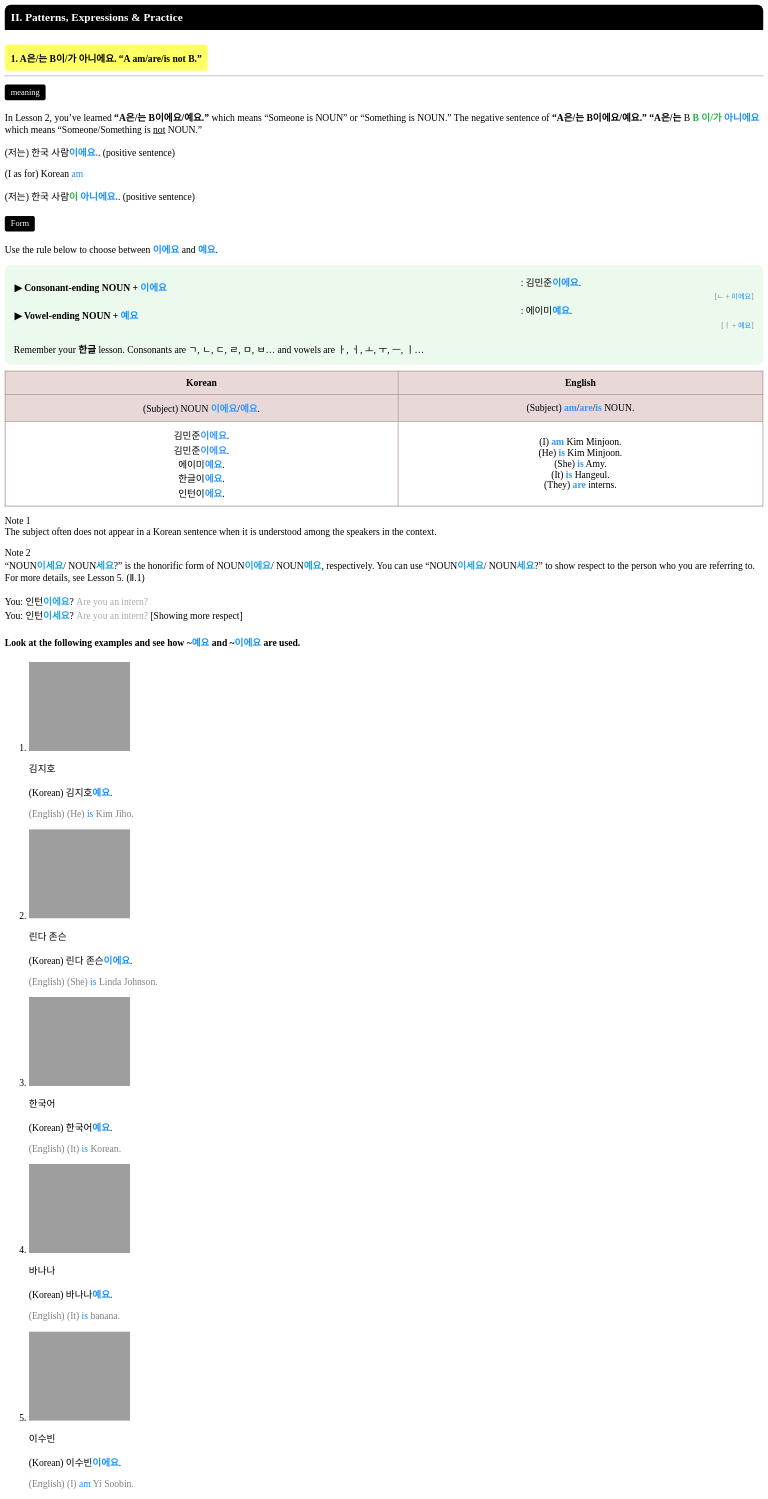
Repository: elliehong89/pineapple-content
Page: 1.anytimekorea/chap3/섹션6.html
An editor plug-in stored every save of this project. The page is shown before and after the next save, followed by the edit.
The browser window is 1280 px wide. The pictures show the whole page, at 60% of full size.
Pictures or frames that could not be fetched are drawn as grey boxes.

Above is the page before, as saved 2025-02-19 18:36:03.

After the next save:
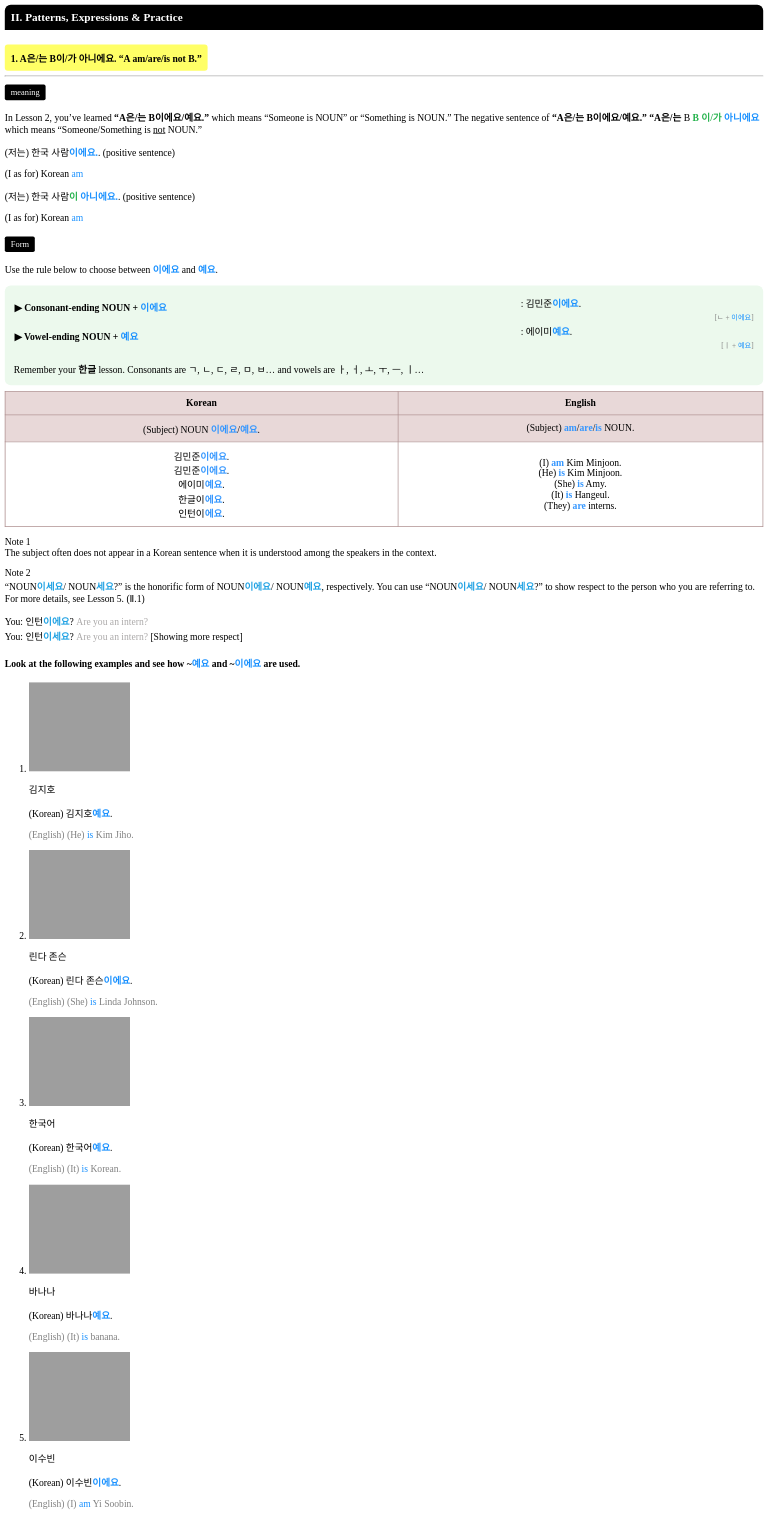
Saved 69 s later.
--- a/1.anytimekorea/chap3/섹션6.html
+++ b/1.anytimekorea/chap3/섹션6.html
@@ -26,7 +26,7 @@
     <p>
         (저는) 한국 사람<span style="color: #23B24B; font-weight: bold;">이</span> <span style="color: #1890FF; font-weight: bold;">아니에요.</span>. (positive sentence)
     </p>
-    <p></p>
+    <p>(I as for) Korean <span style="color:#1890FF;">am</span></p>
 </div>
 
 <div style="margin-top: 5px; background-color: black; color: white; display: inline-block; padding: 5px 10px; border-radius: 3px; font-size: 14px;">
